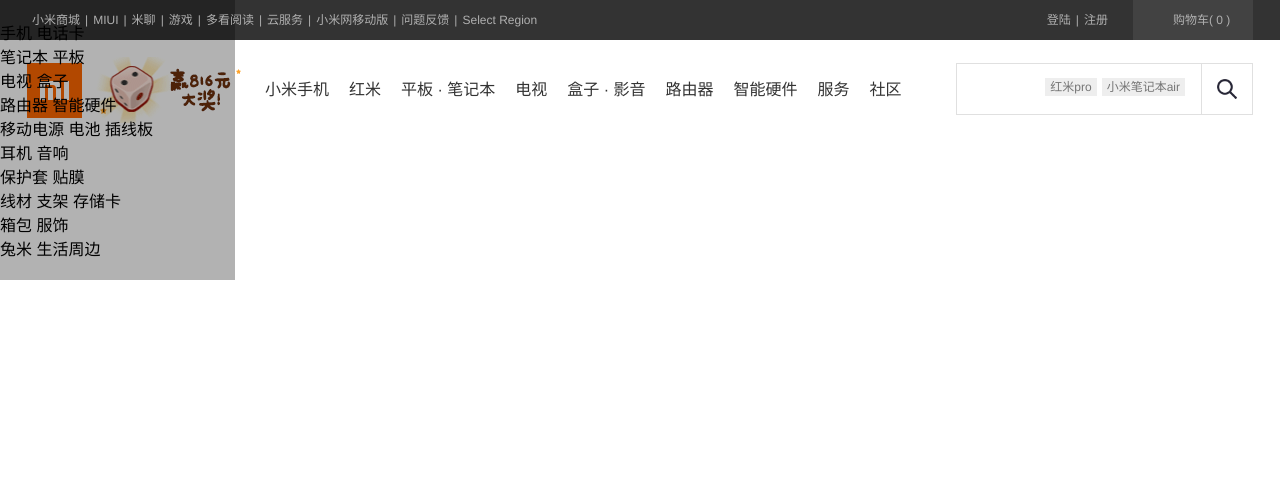
Repository: jijiajia19/mvue-by-jacle
Page: /
These files come from the project's save history. The page is drawn as it stood at one moment and after the next save; the edit follows.
The browser window is 1280 px wide. The pictures show the whole page.
The project was rebuilt for these pictures with package versions that can differ from the ones it lists, and the page was loaded fresh each time. Also part of the build but not shown: vue.config.js.

Above is the page before, as saved 2022-02-25 16:58:22.

After the next save:
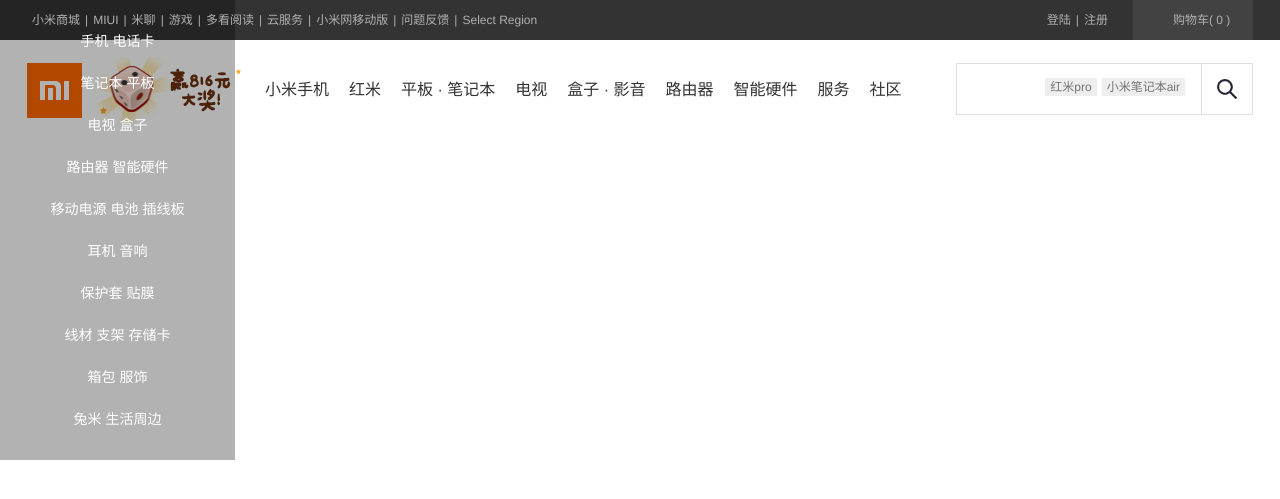
Saved 48 s later.
--- a/src/components/Category.vue
+++ b/src/components/Category.vue
@@ -615,4 +615,24 @@
     background: rgba(0, 0, 0, 0.3);
     z-index: 10;
 }
+
+.side-left {
+    margin: 0;
+    padding: 0;
+    width: 235px;
+    height: 420px;
+    list-style: none;
+    .side-item {
+        width: 100%;
+        height: 42px;
+        line-height: 42px;
+        font-size: 14px;
+        color: #fff;
+        text-align: center;
+        cursor: pointer;
+        &:hover {
+            background: #ff6700;
+        }
+    }
+}
 </style>
